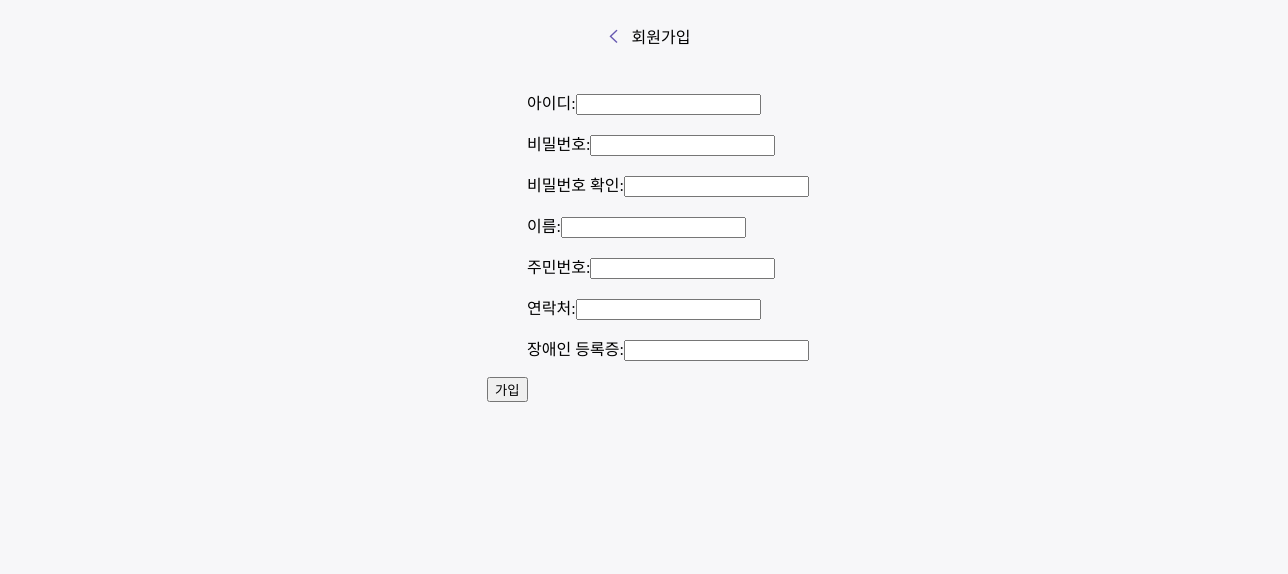
Repository: PEPI-dev/UI
Page: regist/regist.html
The author's editor kept a copy of each file at every save. The page is drawn from the files as they stood at one save, then again after the next save.
The browser window is 1280 px wide. The page is 1288 px wide, so the pictures cover 1288 px, including what lies to the right of the window. The pictures show the whole page.
Some web fonts or font styles are not loaded; a fallback is used.

Above is the page before, as saved 2023-12-04 17:34:25.

After the next save:
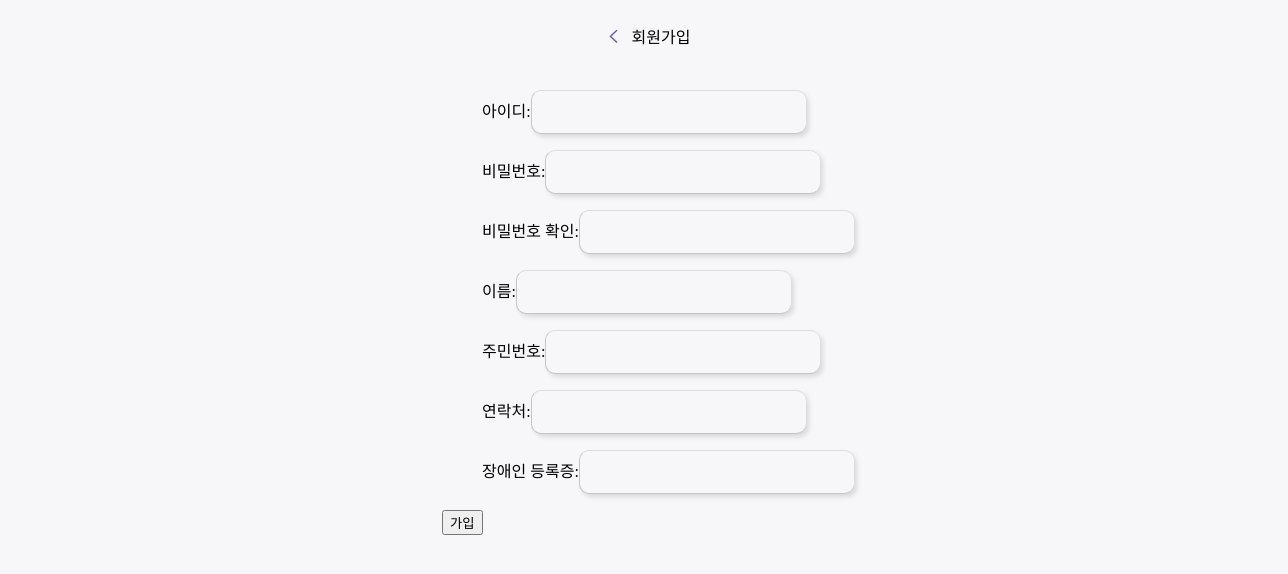
Saved 54 s later.
--- a/regist/regist.css
+++ b/regist/regist.css
@@ -41,6 +41,20 @@ body {
     margin-right: 10px;
 }
 
+.field {
+    width: 270px;
+    height: 40px;
+    border-radius: 10px;
+    box-shadow: 3px 3px 5px rgba(0, 0, 0, 0.12);
+    background-color: #F7F7F9;
+    border-width: 0;
+    outline: none;
+    border: none;
+    border-top: 0.2px solid rgba(0, 0, 0, 0.1);
+    border-left: 0.5px solid rgba(0, 0, 0, 0.2);
+    border-bottom: 0.5px solid rgba(0, 0, 0, 0.2);
+}
+
 
 
 @media screen and (max-width: 360px) {
